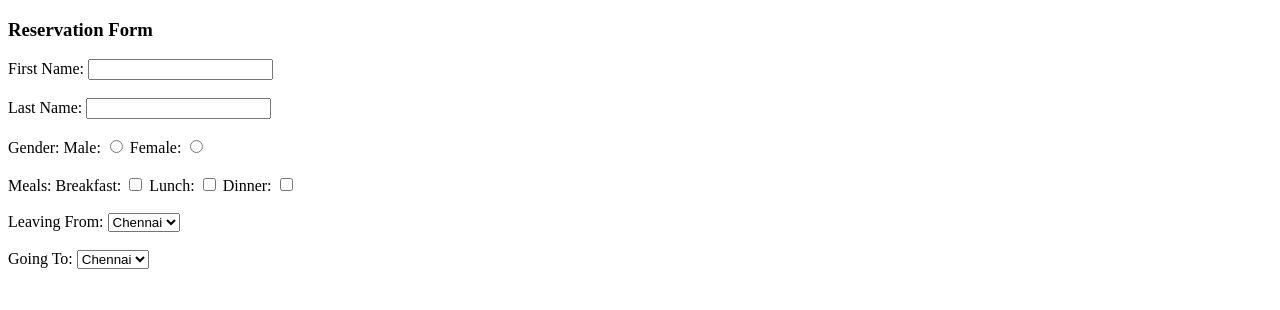
Repository: manshiginodia/SpringMVC
Page: http://localhost/II_SpringWebMVCApp/WEB-INF/view/reservation.jsp
These files come from the project's save history. The page is drawn as it stood at one moment and after the next save; the edit follows.
The browser window is 1280 px wide. The pictures show the whole page.
The page is served by Tomcat 9. Nobody is signed in. Other server files are loaded and not shown. The template is opened directly, without the code that normally fills it, so the values that code supplies are empty.

Above is the page before, as saved 2022-11-21 11:07:29.

### II_SpringWebMVCApp/src/main/webapp/WEB-INF/view/reservation.jsp
<%@ page language="java" contentType="text/html; charset=ISO-8859-1"
	pageEncoding="ISO-8859-1"%>
<%@ taglib uri="http://www.springframework.org/tags/form"
	prefix="tagform"%>
<!DOCTYPE html>
<html>
<head>
<meta charset="ISO-8859-1">
<title>Insert title here</title>
</head>
<body>
	<!-- spring form -->
	<h3>Reservation Form</h3>
	<tagform:form action="submitForm" modelAttribute="Reservation">

First Name: <tagform:input path="firstName">
		</tagform:input>
		<br>
		<br>
Last Name: <tagform:input path="lastName">
		</tagform:input>
		<br>
		<br>
Gender:
Male: <tagform:radiobutton path="gender" value="Male">
		</tagform:radiobutton>
Female: <tagform:radiobutton path="gender" value="Feale">
		</tagform:radiobutton>
		<br>
		<br>
Meals:
Breakfast: <tagform:checkbox path="food" value="Breakfast" />
Lunch: <tagform:checkbox path="food" value="Lunch" />
Dinner: <tagform:checkbox path="food" value="Dinner" />
		<br>
		<br>
Leaving From:
<tagform:select path="cityfrom">
			<tagform:option value="Chennai">Chennai</tagform:option>
			<tagform:option value="Mumbai">Mubai</tagform:option>
			<tagform:option value="Delhi">Delhi</tagform:option>
			<tagform:option value="Kolkata">Kolkata</tagform:option>
		</tagform:select>
		<br>
		<br>
Going To:
		<tagform:select path="cityto">
			<tagform:option value="Chennai">Chennai</tagform:option>
			<tagform:option value="Mumbai">Mubai</tagform:option>
			<tagform:option value="Delhi">Delhi</tagform:option>
			<tagform:option value="Kolkata">Kolkata</tagform:option>
		</tagform:select>

	</tagform:form>
</body>
</html>

After the next save:
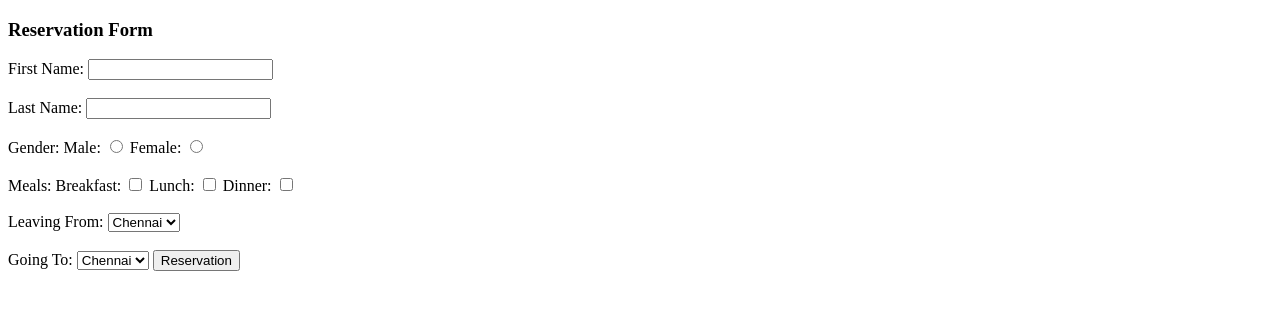
Saved 9 s later.
--- a/II_SpringWebMVCApp/src/main/webapp/WEB-INF/view/reservation.jsp
+++ b/II_SpringWebMVCApp/src/main/webapp/WEB-INF/view/reservation.jsp
@@ -50,7 +50,9 @@ Going To:
 			<tagform:option value="Delhi">Delhi</tagform:option>
 			<tagform:option value="Kolkata">Kolkata</tagform:option>
 		</tagform:select>
+	<input type=submit value="Reservation" />
+	</tagform:form>
 
-	</tagform:form>
+
 </body>
 </html>
